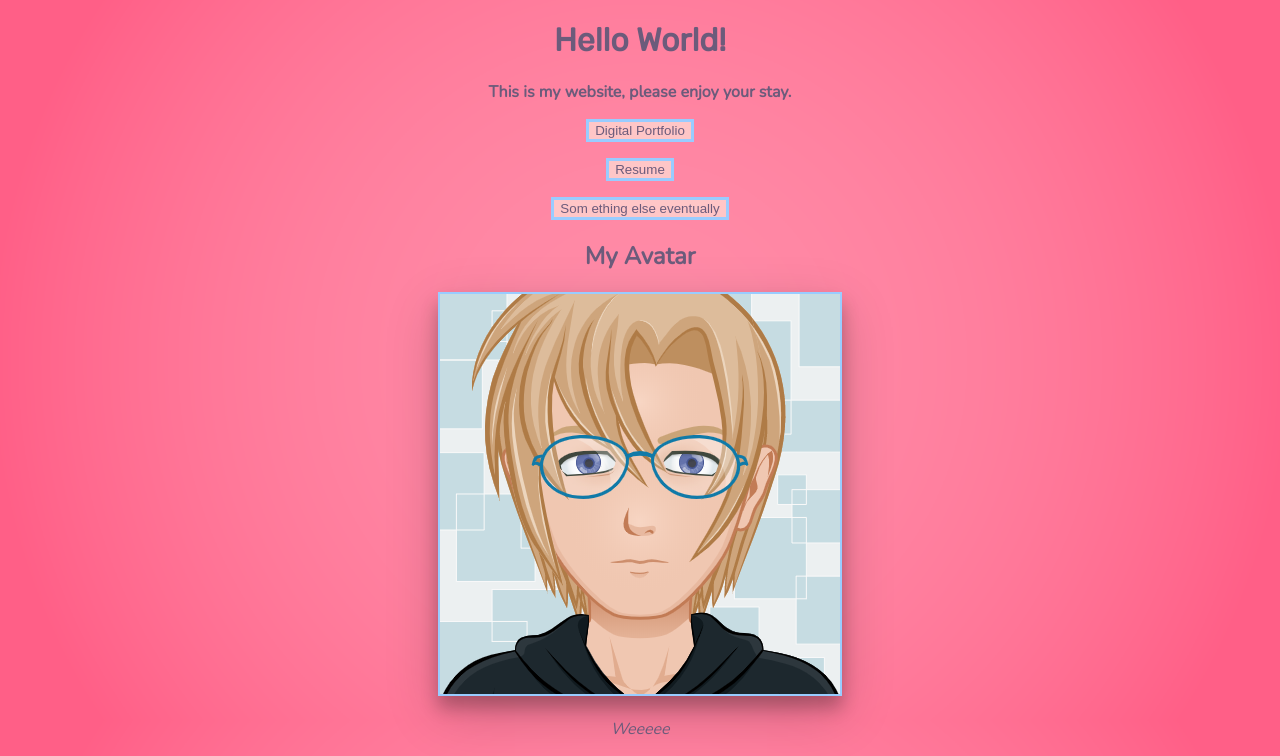
Repository: Ivyeomnky/Ivyeomnky.github.io
Page: index.html
The author's editor kept a record of every edit. The page is drawn from the files as they stood at one moment, then again after the next edit.
The browser window is 1280 px wide. The pictures show the whole page.
Backgrounds fixed to the window are drawn as part of the page.

Above is the page before.

After the next edit:
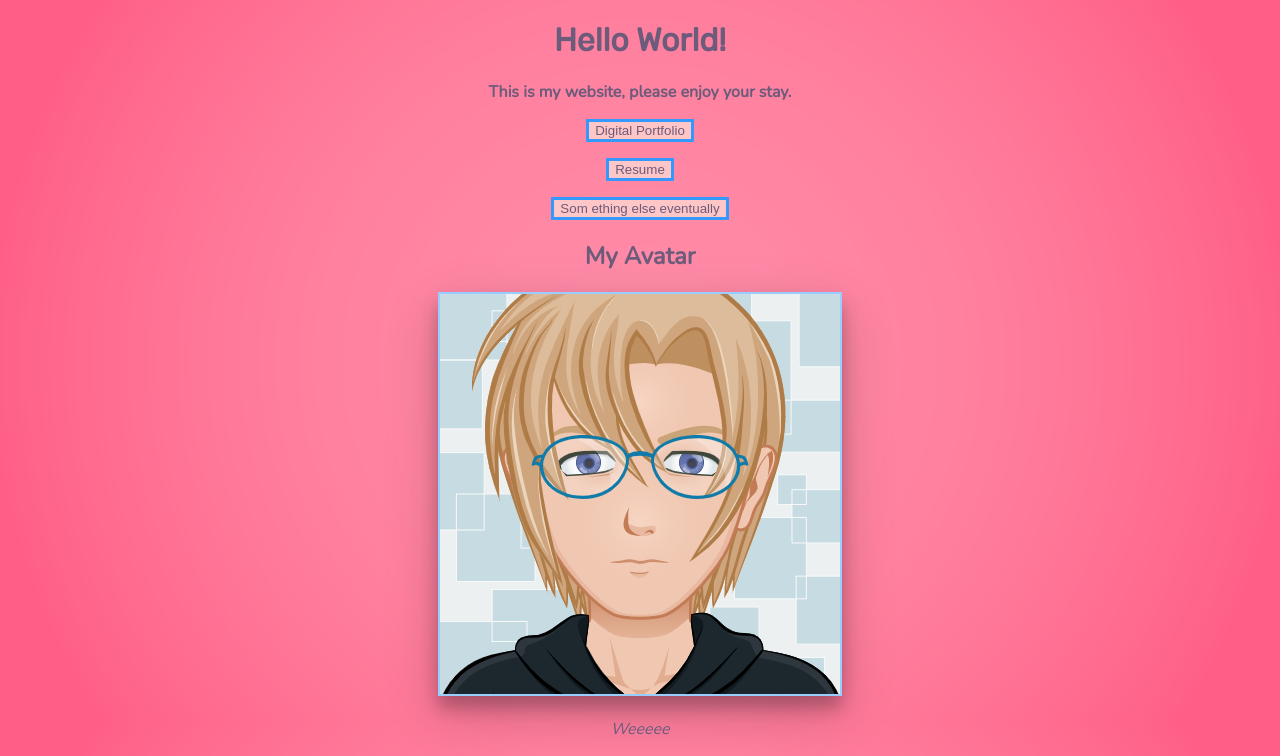
The edit:
--- a/css.css
+++ b/css.css
@@ -11,7 +11,7 @@
 }
 button{
     background-color: #ffc6c7;
-    border: 3px solid #99ccff;
+    border: 3px solid #3399ff;
     color: #6c5b7b;
     opacity:1;
 }
